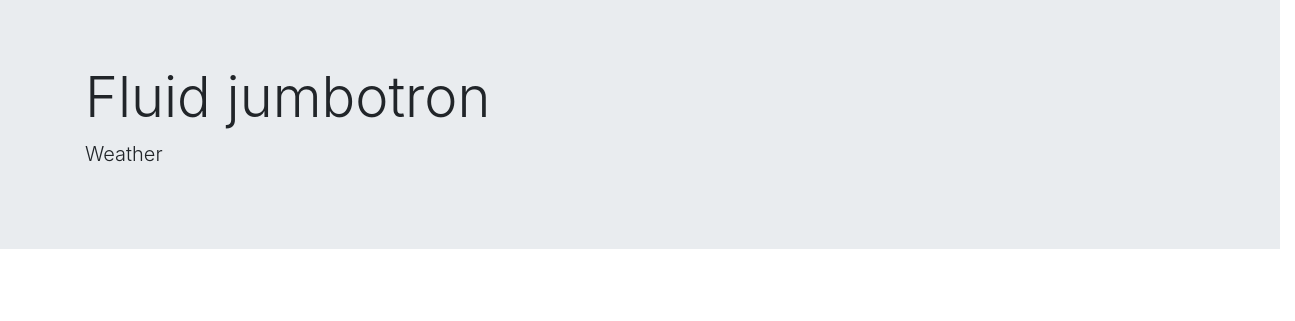
Repository: kkyler24/WeatherBug
Page: index.html
The author's editor kept a copy of each file at every save. The page is drawn from the files as they stood at one save, then again after the next save.
The browser window is 1280 px wide. The page is 1295 px wide, so the pictures cover 1295 px, including what lies to the right of the window. The pictures show the whole page.
Some web libraries are served in a nearby version.

Above is the page before, as saved 2020-04-14 13:15:30.

### index.html
<!DOCTYPE html>
<html lang="en">
<head>
    <meta charset="UTF-8">
    <meta name="viewport" content="width=device-width, initial-scale=1.0">
    <title>Weather</title>
    <!-- bootstrap -->
    <link rel="stylesheet" href="https://maxcdn.bootstrapcdn.com/bootstrap/4.0.0/css/bootstrap.min.css" integrity="sha384-Gn5384xqQ1aoWXA+058RXPxPg6fy4IWvTNh0E263XmFcJlSAwiGgFAW/dAiS6JXm" crossorigin="anonymous">
    <link rel="stylesheet" href="Style.css">
</head>
<body>
   <header>
    <div class="jumbotron jumbotron-fluid">
        <div class="container">
          <h1 class="display-4">Fluid jumbotron</h1>
          <p class="lead">Weather</p>
        </div>
      </div>
   </header>
   <main>
<div class="row">
    <div class="col-md-4 pink"></div>
    <div class="col-md-6 pink"></div>
</div>





   </main>

    <script src="https://ajax.googleapis.com/ajax/libs/jquery/3.4.1/jquery.min.js"></script>
    <script src="https://cdnjs.cloudflare.com/ajax/libs/popper.js/1.12.9/umd/popper.min.js" integrity="sha384-ApNbgh9B+Y1QKtv3Rn7W3mgPxhU9K/ScQsAP7hUibX39j7fakFPskvXusvfa0b4Q" crossorigin="anonymous"></script>
    <script src="https://maxcdn.bootstrapcdn.com/bootstrap/4.0.0/js/bootstrap.min.js" integrity="sha384-JZR6Spejh4U02d8jOt6vLEHfe/JQGiRRSQQxSfFWpi1MquVdAyjUar5+76PVCmYl" crossorigin="anonymous"></script>
</body>
</html>

Loaded but not shown: Style.css (empty)

After the next save:
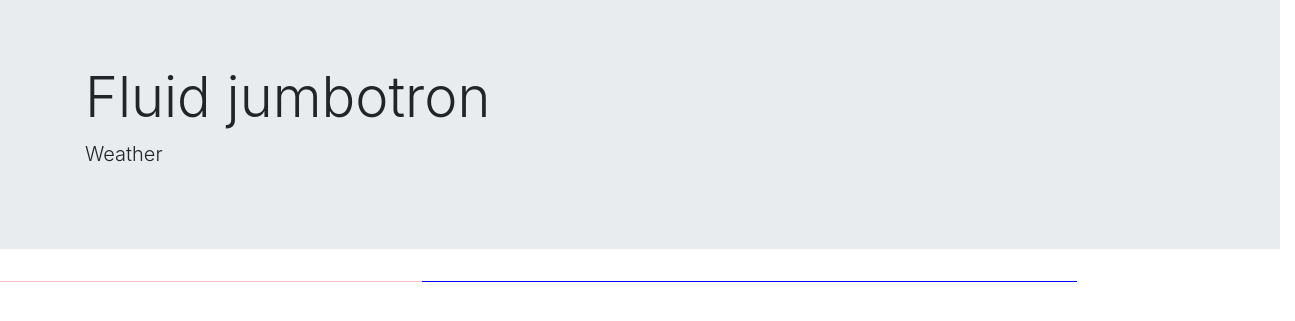
Saved 104 s later.
--- a/index.html
+++ b/index.html
@@ -19,8 +19,8 @@
    </header>
    <main>
 <div class="row">
-    <div class="col-md-4 pink"></div>
-    <div class="col-md-6 pink"></div>
+    <div class="col-md-4" style="background-color:pink"></div>
+    <div class="col-md-6 "style="background-color:blue"></div>
 </div>
 
 
